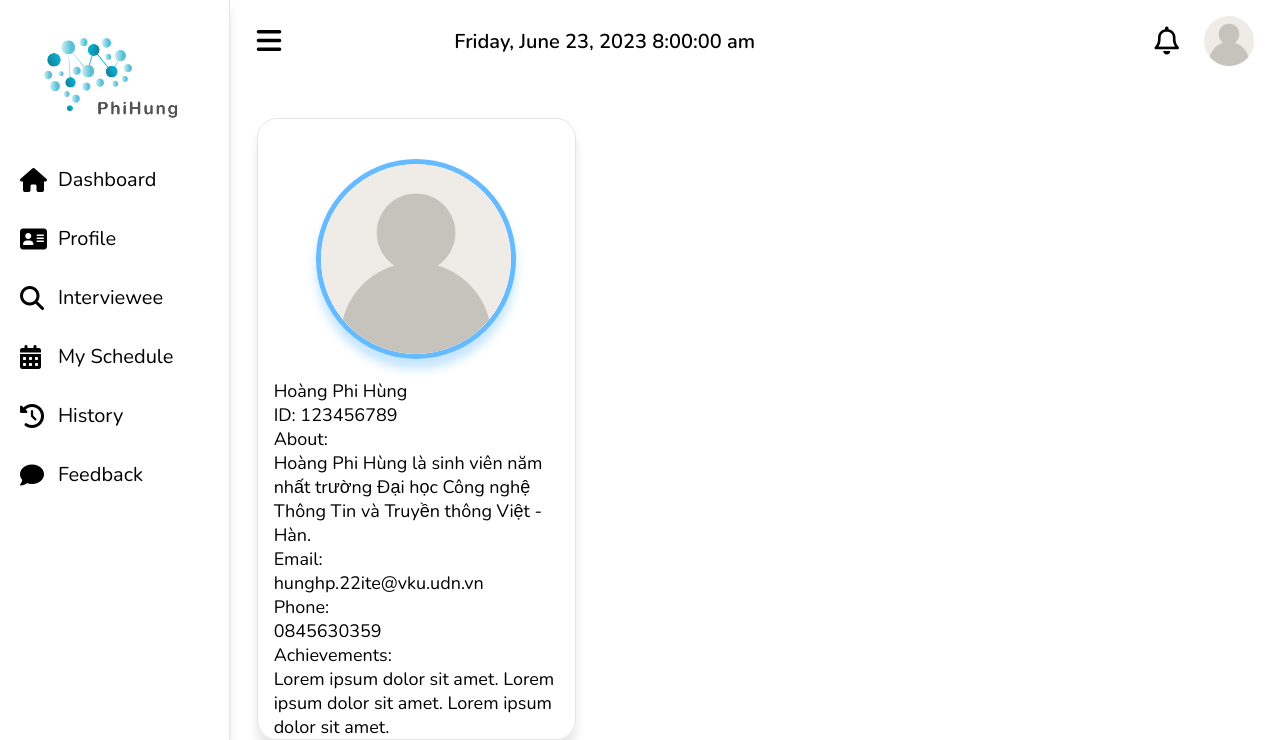
Repository: hphihungit/InterviewService
Page: interviewee.html
The author's editor kept a copy of each file at every save. The page is drawn from the files as they stood at one save, then again after the next save.
The browser window is 1280 px wide. The pictures show the whole page.

Above is the page before, as saved 2023-05-31 23:27:34.

After the next save:
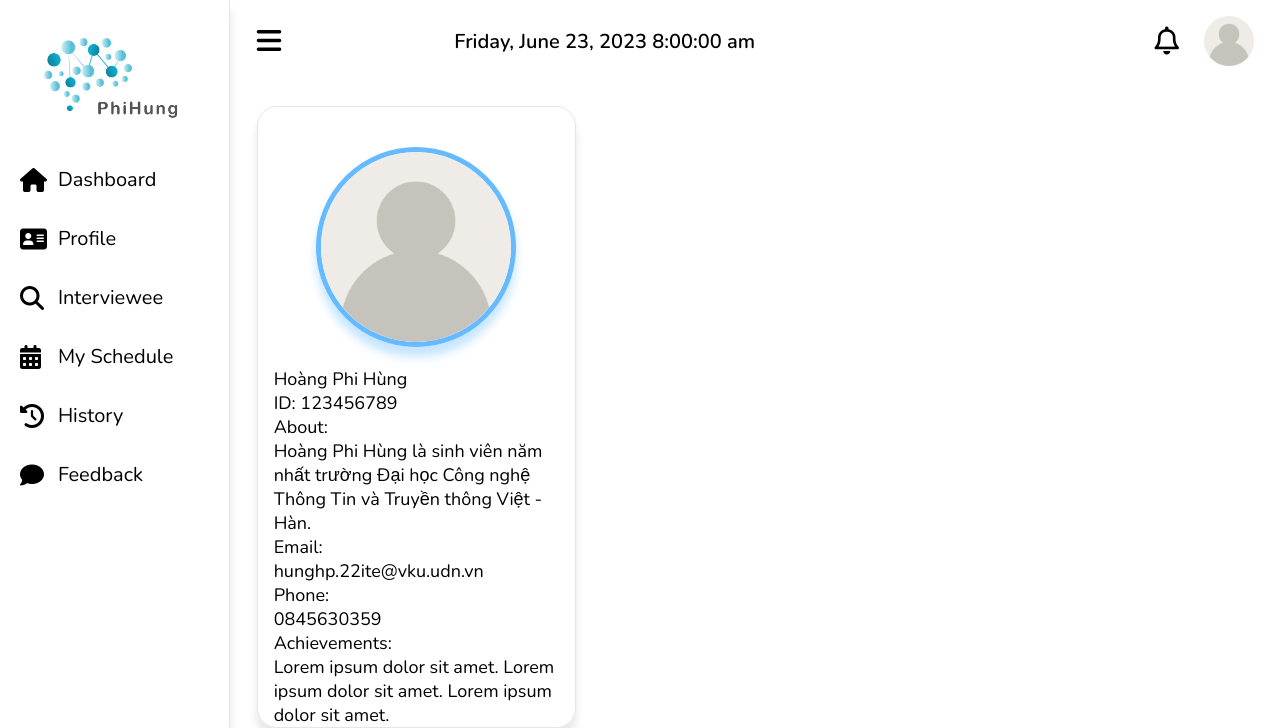
Saved 5 s later.
--- a/assets/css/interviewee.css
+++ b/assets/css/interviewee.css
@@ -112,7 +112,7 @@
     display: flex;
     width: 95%;
     margin: 0 auto;
-    margin-top: 52px;
+    margin-top: 40px;
 }
 
 .cv {
